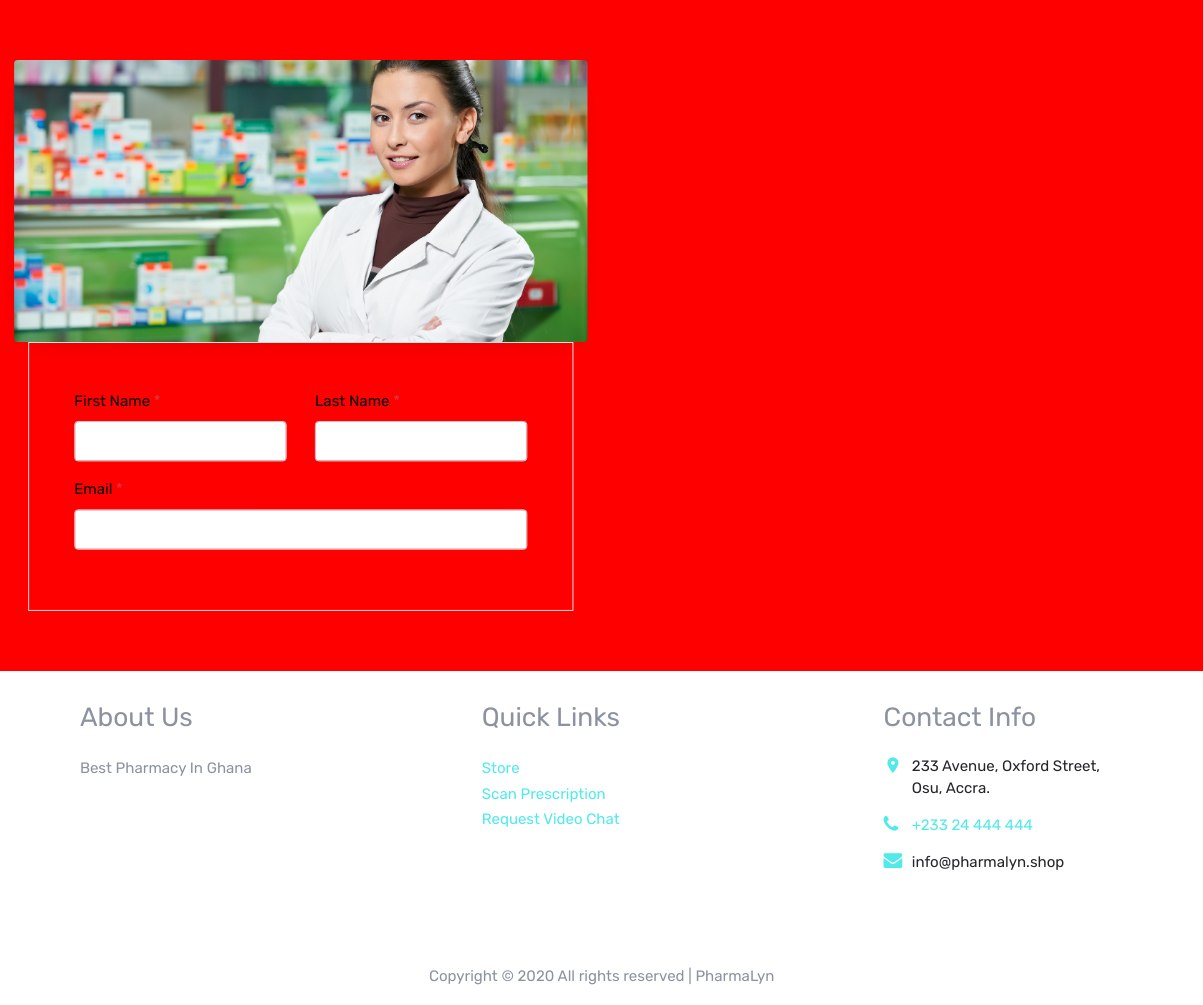
Repository: Nat-A/finalyearproject
Page: pharma/index - Copy.html
The author's editor kept a copy of each file at every save. The page is drawn from the files as they stood at one save, then again after the next save.
The browser window is 1280 px wide. The pictures show the part of the page from y = 802 to 1871 px (the page is 1871 px tall before and 1638 px after), at 94% of full size.

Above is the page before, as saved 2020-06-03 12:54:26.

After the next save:
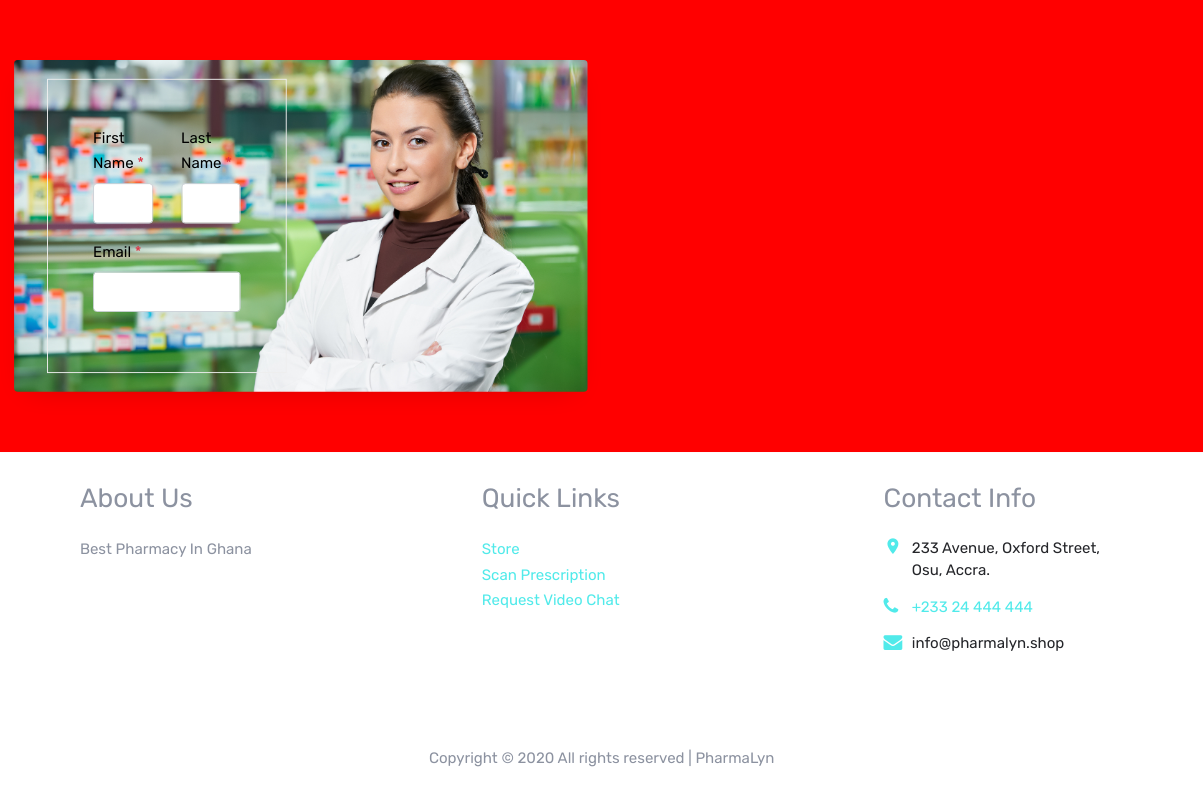
Saved 5 s later.
--- a/pharma/index - Copy.html
+++ b/pharma/index - Copy.html
@@ -106,38 +106,38 @@
 
 
             <div class="col-lg-6 mb-5 mb-lg-0 ">
-                <a class="banner-1 h-100" style="background-image: url( 'images/avatars/doctor4.jpg'); "></a>
-                <div class="banner-1-inner align-self-center ">
-
-                    <div class="col-md-12">
-
-                        <form action="#" method="post">
-
-                            <div class="p-3 p-lg-5 border">
-                                <div class="form-group row">
-                                    <div class="col-md-6">
-                                        <label for="c_fname" class="text-black">First Name <span class="text-danger">*</span></label>
-                                        <input type="text" class="form-control" id="c_fname" name="c_fname">
+                <a class="banner-1 h-100" style="background-image: url( 'images/avatars/doctor4.jpg'); ">
+                    <div class="banner-1-inner align-self-center ">
+
+                        <div class="col-md-12">
+
+                            <form action="#" method="post">
+
+                                <div class="p-3 p-lg-5 border">
+                                    <div class="form-group row">
+                                        <div class="col-md-6">
+                                            <label for="c_fname" class="text-black">First Name <span class="text-danger">*</span></label>
+                                            <input type="text" class="form-control" id="c_fname" name="c_fname">
+                                        </div>
+                                        <div class="col-md-6">
+                                            <label for="c_lname" class="text-black">Last Name <span class="text-danger">*</span></label>
+                                            <input type="text" class="form-control" id="c_lname" name="c_lname">
+                                        </div>
                                     </div>
-                                    <div class="col-md-6">
-                                        <label for="c_lname" class="text-black">Last Name <span class="text-danger">*</span></label>
-                                        <input type="text" class="form-control" id="c_lname" name="c_lname">
+                                    <div class="form-group row">
+                                        <div class="col-md-12">
+                                            <label for="c_email" class="text-black">Email <span class="text-danger">*</span></label>
+                                            <input type="email" class="form-control" id="c_email" name="c_email" placeholder="">
+                                        </div>
                                     </div>
+
+
+
+
                                 </div>
-                                <div class="form-group row">
-                                    <div class="col-md-12">
-                                        <label for="c_email" class="text-black">Email <span class="text-danger">*</span></label>
-                                        <input type="email" class="form-control" id="c_email" name="c_email" placeholder="">
-                                    </div>
-                                </div>
-
-
-
-
-                            </div>
-                        </form>
-                    </div>
-                </div>
+                            </form>
+                        </div>
+                    </div>
                 </a>
             </div>
 
